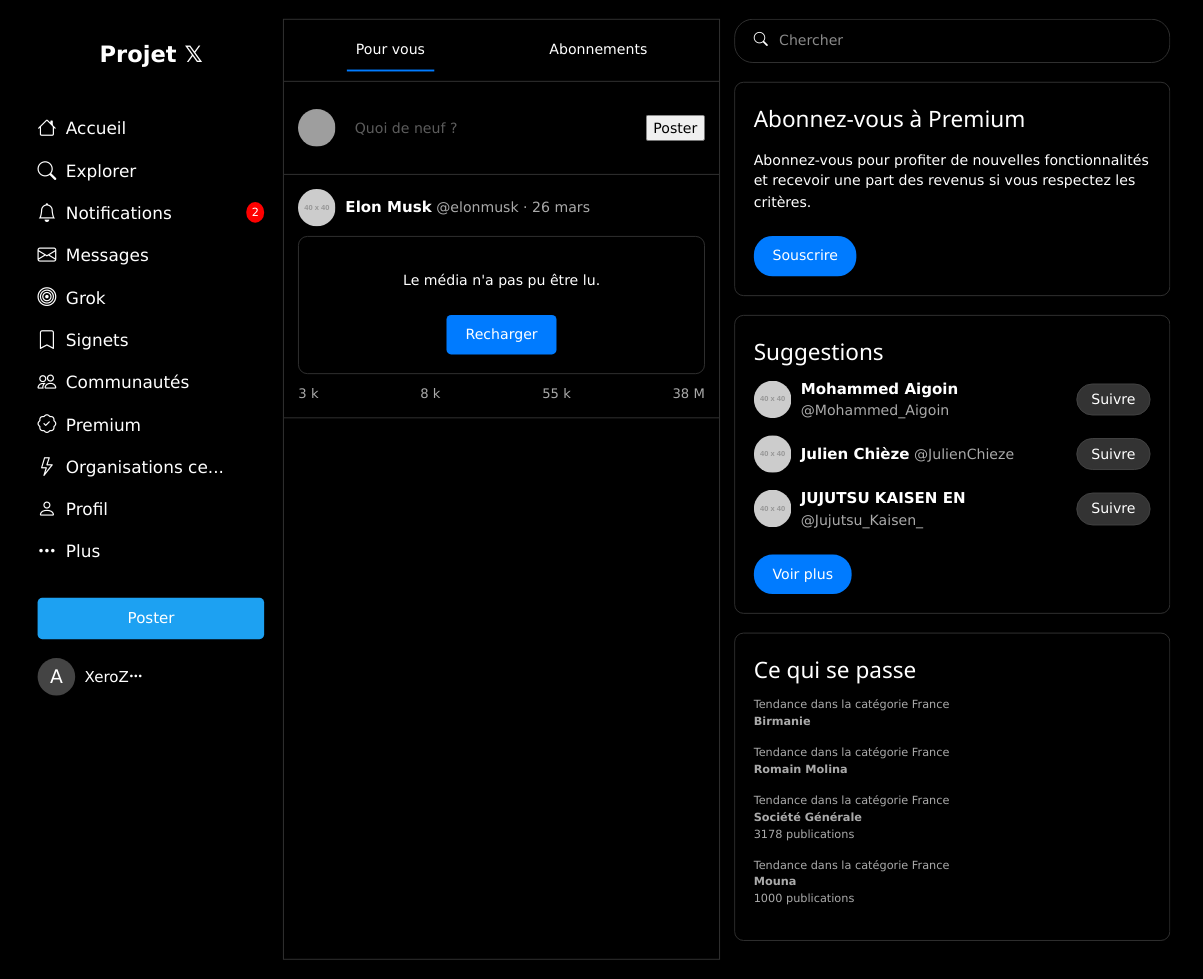
Repository: barriefl/ProjetX_BARRIER_MAULINE_MARQUES-FELIX_SERVONNET
Page: front/index.html
An editor plug-in stored every save of this project. The page is shown before and after the next save, followed by the edit.
The browser window is 1280 px wide. The pictures show the whole page, at 94% of full size.
Pictures or frames that could not be fetched are drawn as grey boxes.

Above is the page before, as saved 2025-03-28 09:34:57.

After the next save:
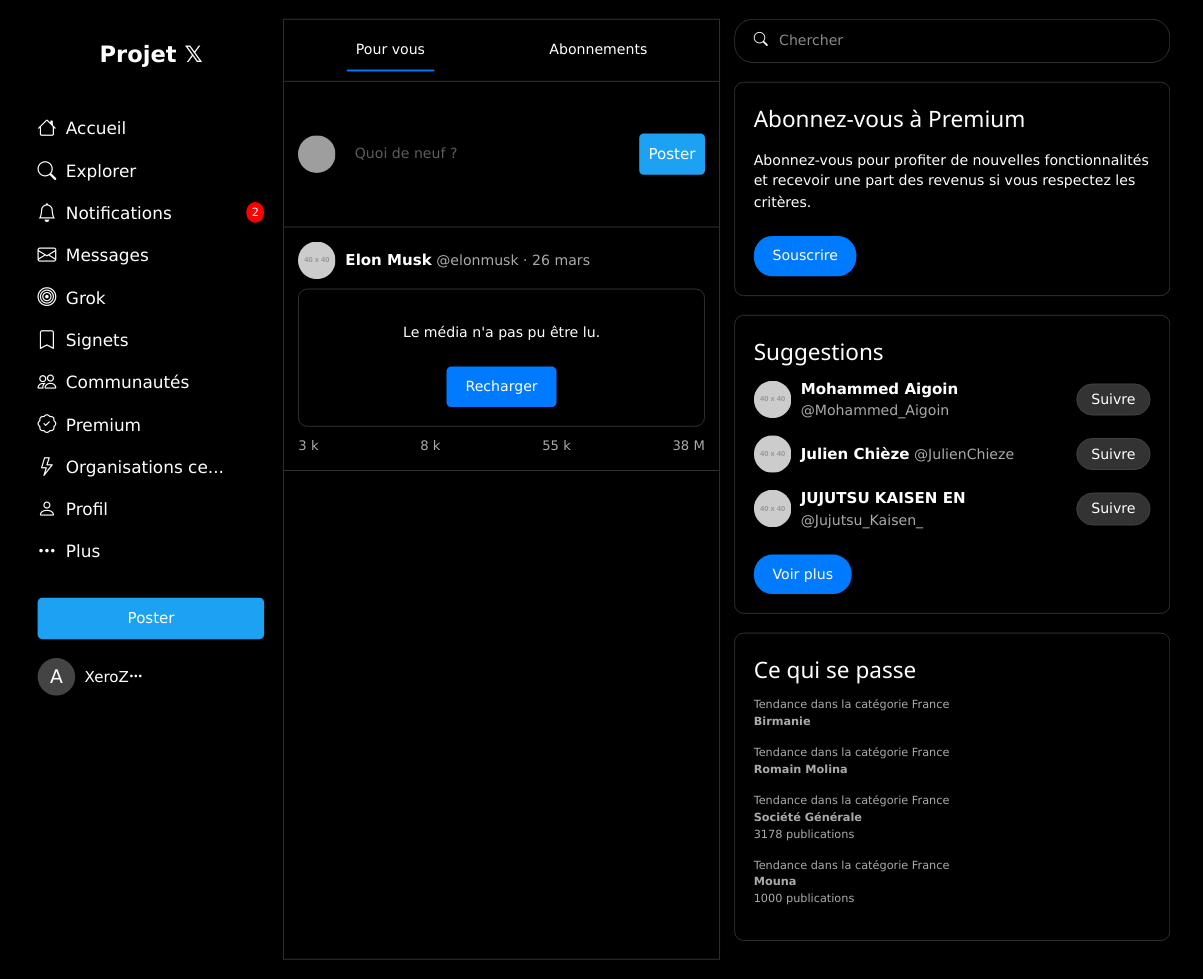
Saved 5 s later.
--- a/front/index.html
+++ b/front/index.html
@@ -98,8 +98,8 @@
       <div class="header">
         <img src="empty.png" alt="empty.png" />
         <input type="text" placeholder="Quoi de neuf ?" />
-        <div>
-            <button class="post-button">Poster</button>
+        <div class="post-button">
+          <button class="post-button">Poster</button>
         </div>
       </div>
 
